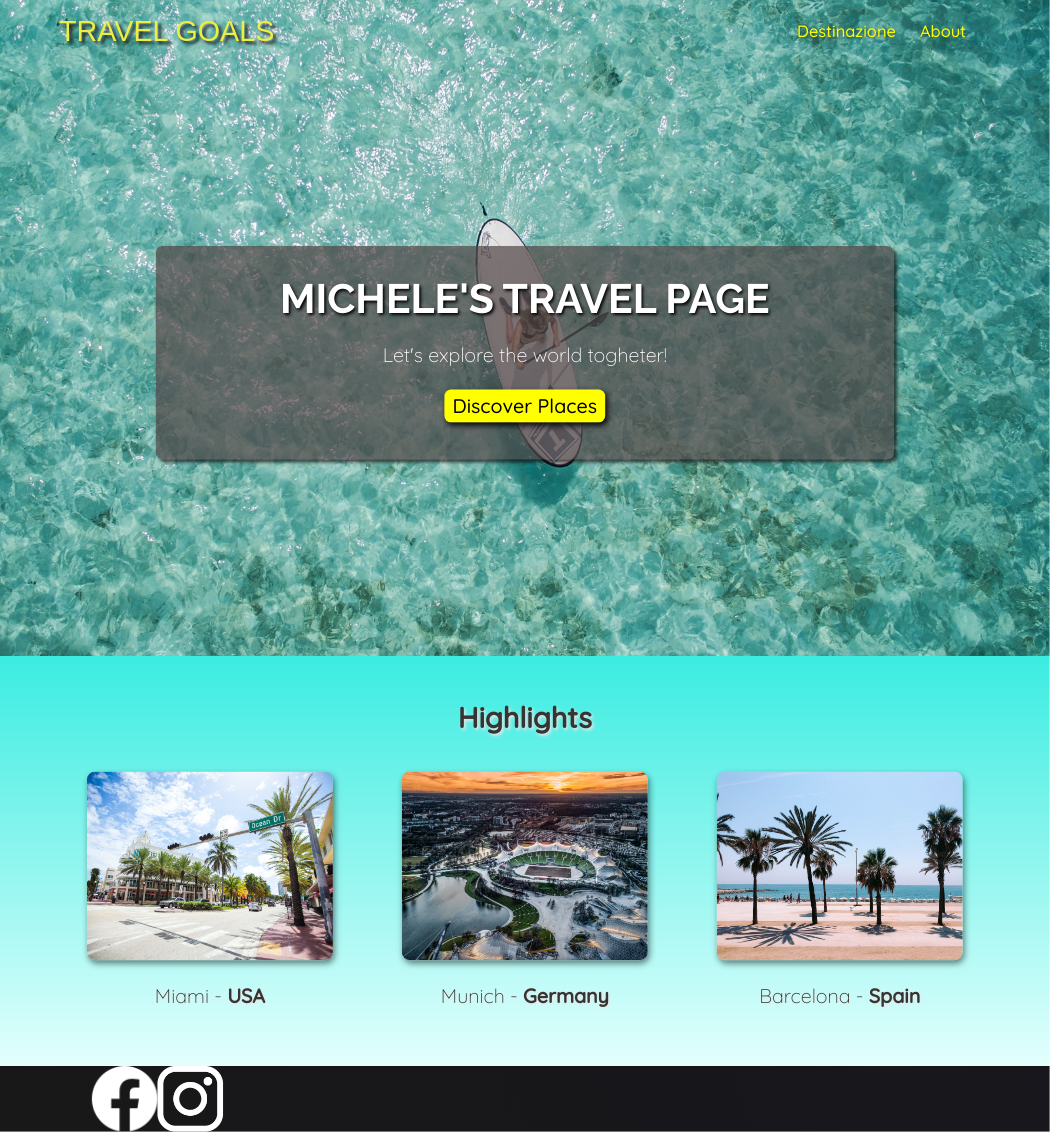
Repository: MicTomm/Travel-Goals
Page: index.html
An editor plug-in stored every save of this project. The page is shown before and after the next save, followed by the edit.
The browser window is 1280 px wide. The pictures show the whole page, at 82% of full size.
Some web fonts or font styles are not loaded; a fallback is used.

Above is the page before, as saved 2023-06-08 17:05:32.

After the next save:
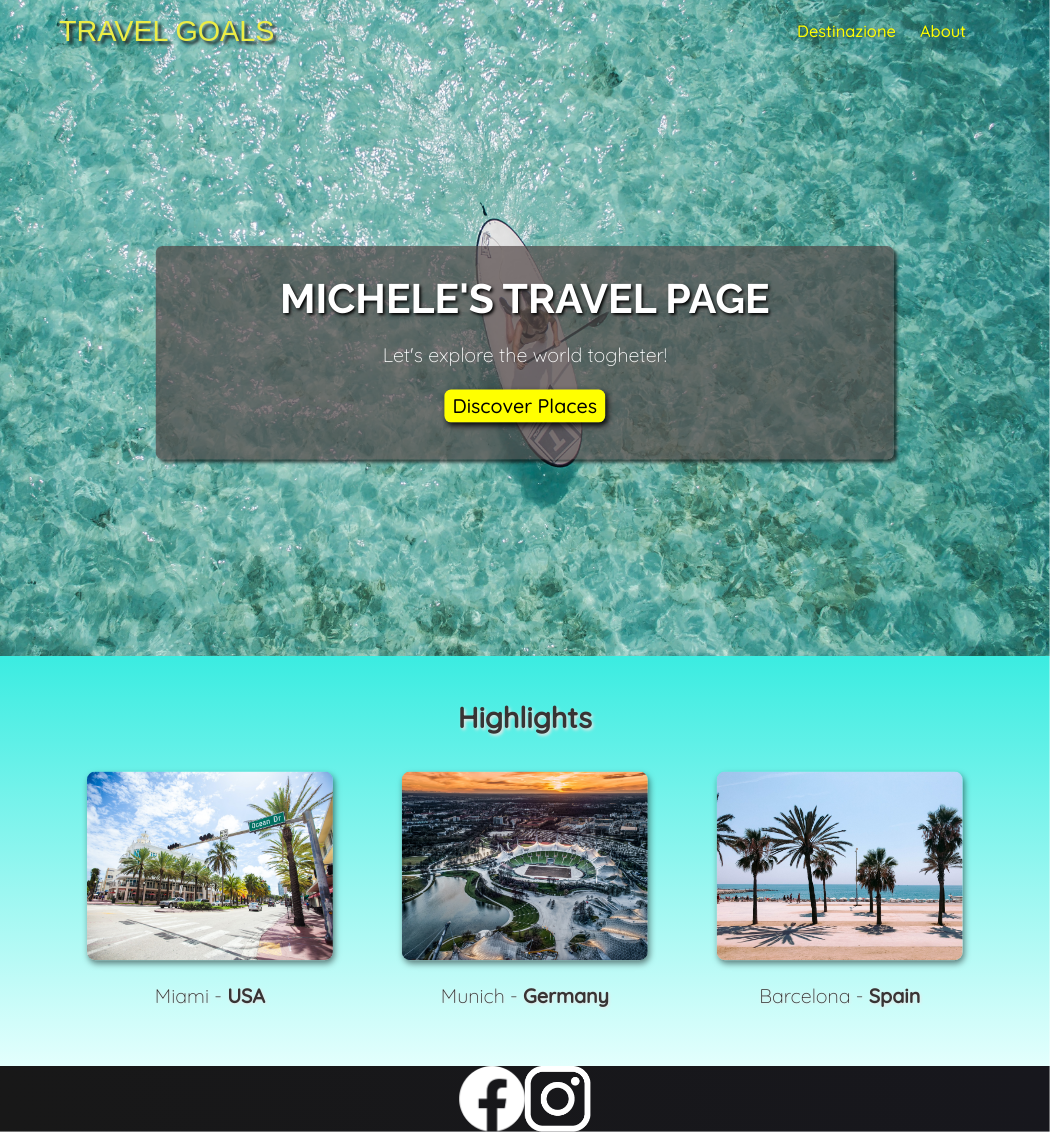
Saved 22 s later.
--- a/styles/shared.css
+++ b/styles/shared.css
@@ -51,13 +51,10 @@ header a:hover {
 footer{
     background: linear-gradient(70deg, rgb(24, 24, 24), rgb(23, 23, 29));
     width: 100%;
-    justify-content: center;
-
 }
 
 footer ul{
     display: flex;
-    width:30%;
     justify-content: center;
 }
 
